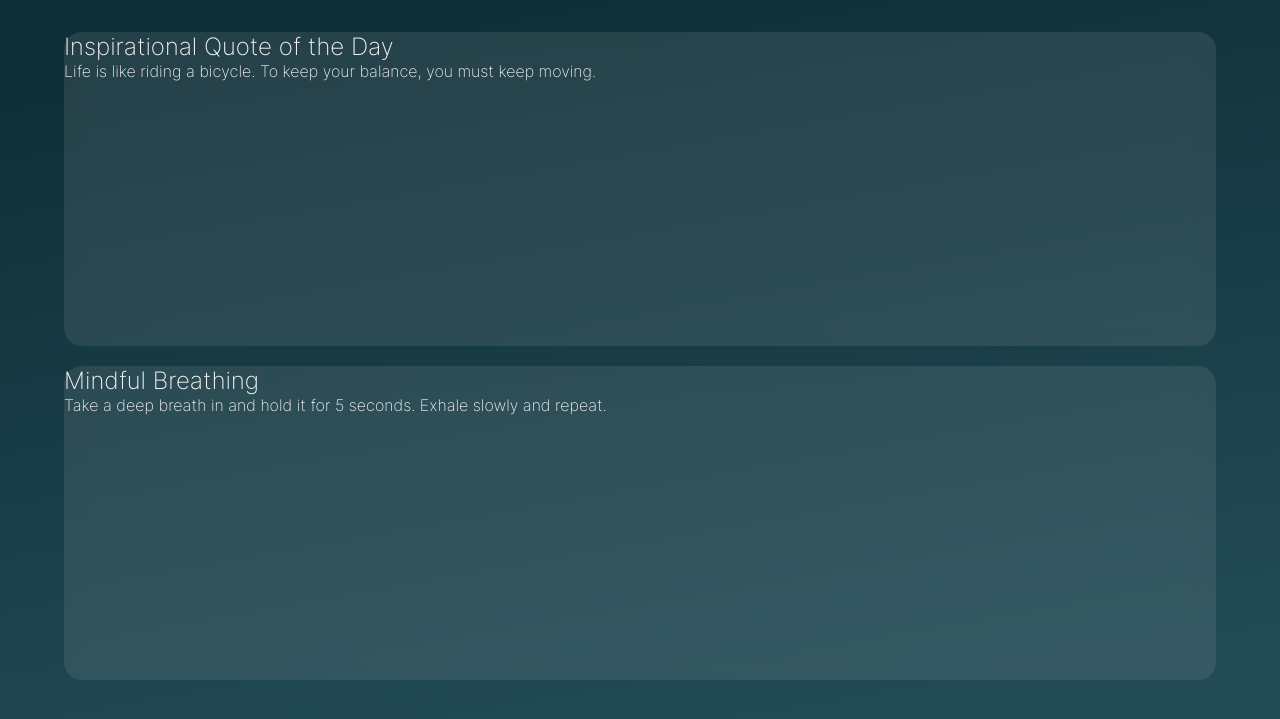
Repository: aaronw-dev/Zen
Page: dashboard.html
These files come from the project's save history. The page is drawn as it stood at one moment and after the next save; the edit follows.
The browser window is 1280 px wide. The pictures show the whole page.

Above is the page before, as saved 2024-06-08 13:28:13.

After the next save:
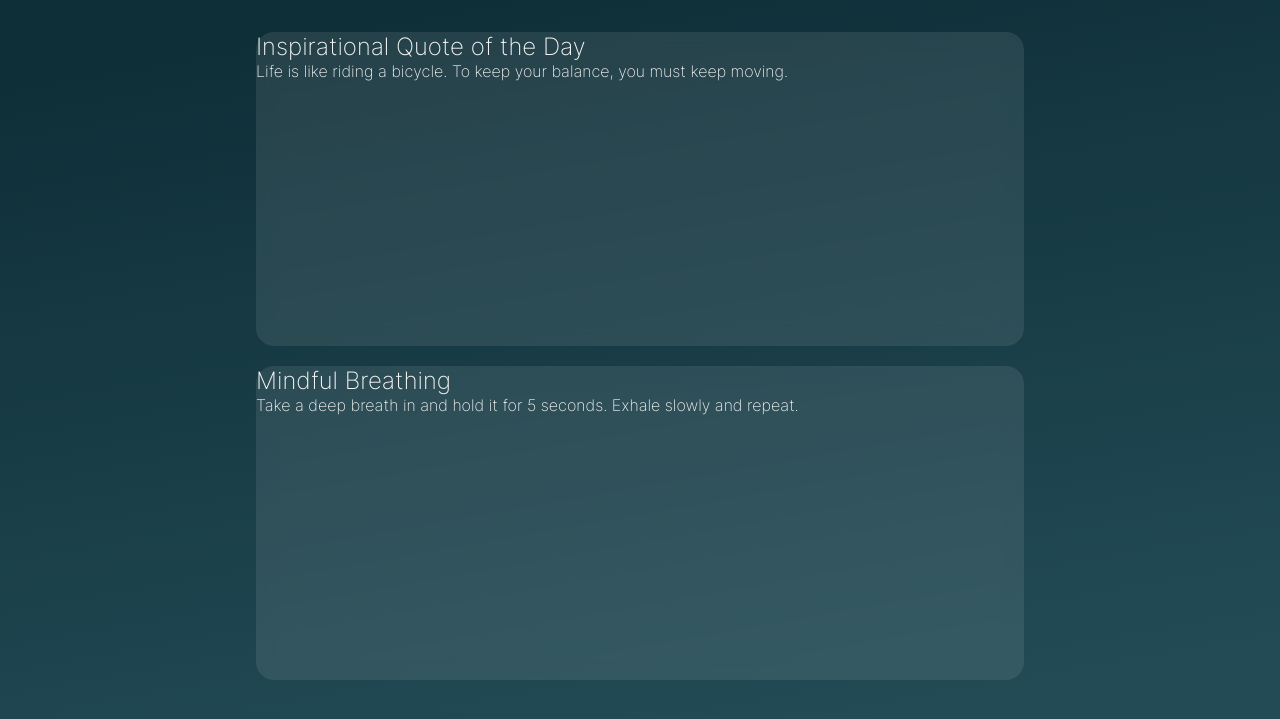
Saved 6 s later.
--- a/static/style.css
+++ b/static/style.css
@@ -97,7 +97,7 @@ p {
     flex-direction: column;
     align-items: center;
     height: 90%;
-    width: 90%;
+    width: 60%;
     position: absolute;
     bottom: 40px;
     gap: 20px;
